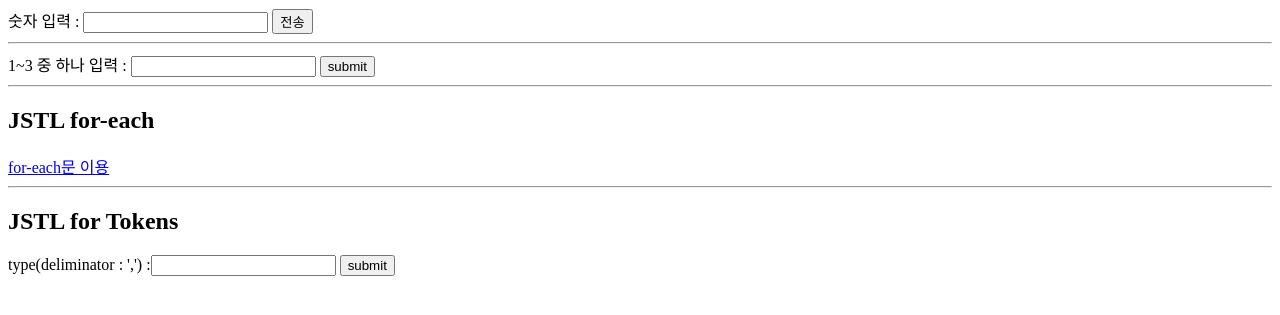
Repository: emthrology/servertest
Page: http://localhost/jspTag/JSTL/jsp_JSTL.jsp
The author's editor kept a copy of each file at every save. The page is drawn from the files as they stood at one save, then again after the next save.
The browser window is 1280 px wide. The pictures show the whole page.
The page is served by Tomcat 9.

Above is the page before, as saved 2019-05-16 05:44:40.

### apache/jspTag/WebContent/JSTL/jsp_JSTL.jsp
<%@ page language="java" contentType="text/html; charset=UTF-8"
    pageEncoding="UTF-8"%>
<!DOCTYPE html>
<html>
<head>
<meta charset="UTF-8">
<title>Insert title here</title>
</head>
<body>
	<form action="jsp_JSTL_if.jsp">
		숫자 입력 : <input type="text" name="num1">
		<input type="submit" value="전송">
 	</form>
 	<hr>
	<form action="jsp_JSTL_choose.jsp">
		1~3	중 하나 입력 : <input type="text" name="num2">
		<input type="submit" value="submit">
	</form>
	<hr>
	<h2>JSTL for-each</h2>
	<a href="/jspTag/JSTL/jsp_JSTL_foreach.jsp">for-each문 이용</a>
	<hr>
	<h2>JSTL for Tokens</h2>
	<form action="/jspTag/JSTL/jsp_JSTL_forTokens.jsp"></form>
		type(deliminator : ',') :<input type="text" name="hobby">
		<input type="submit" value="submit">
</body>
</html>

After the next save:
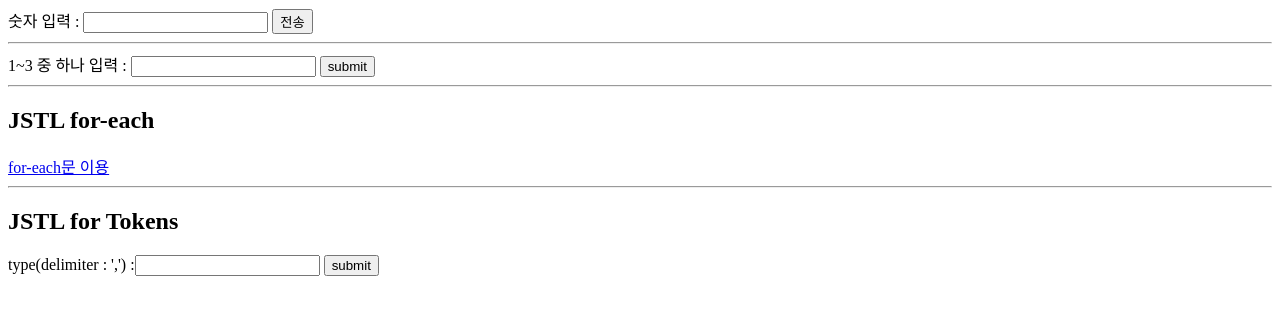
Saved 31 s later.
--- a/apache/jspTag/WebContent/JSTL/jsp_JSTL.jsp
+++ b/apache/jspTag/WebContent/JSTL/jsp_JSTL.jsp
@@ -22,7 +22,7 @@
 	<hr>
 	<h2>JSTL for Tokens</h2>
 	<form action="/jspTag/JSTL/jsp_JSTL_forTokens.jsp"></form>
-		type(deliminator : ',') :<input type="text" name="hobby">
+		type(delimiter : ',') :<input type="text" name="hobby">
 		<input type="submit" value="submit">
 </body>
 </html>
